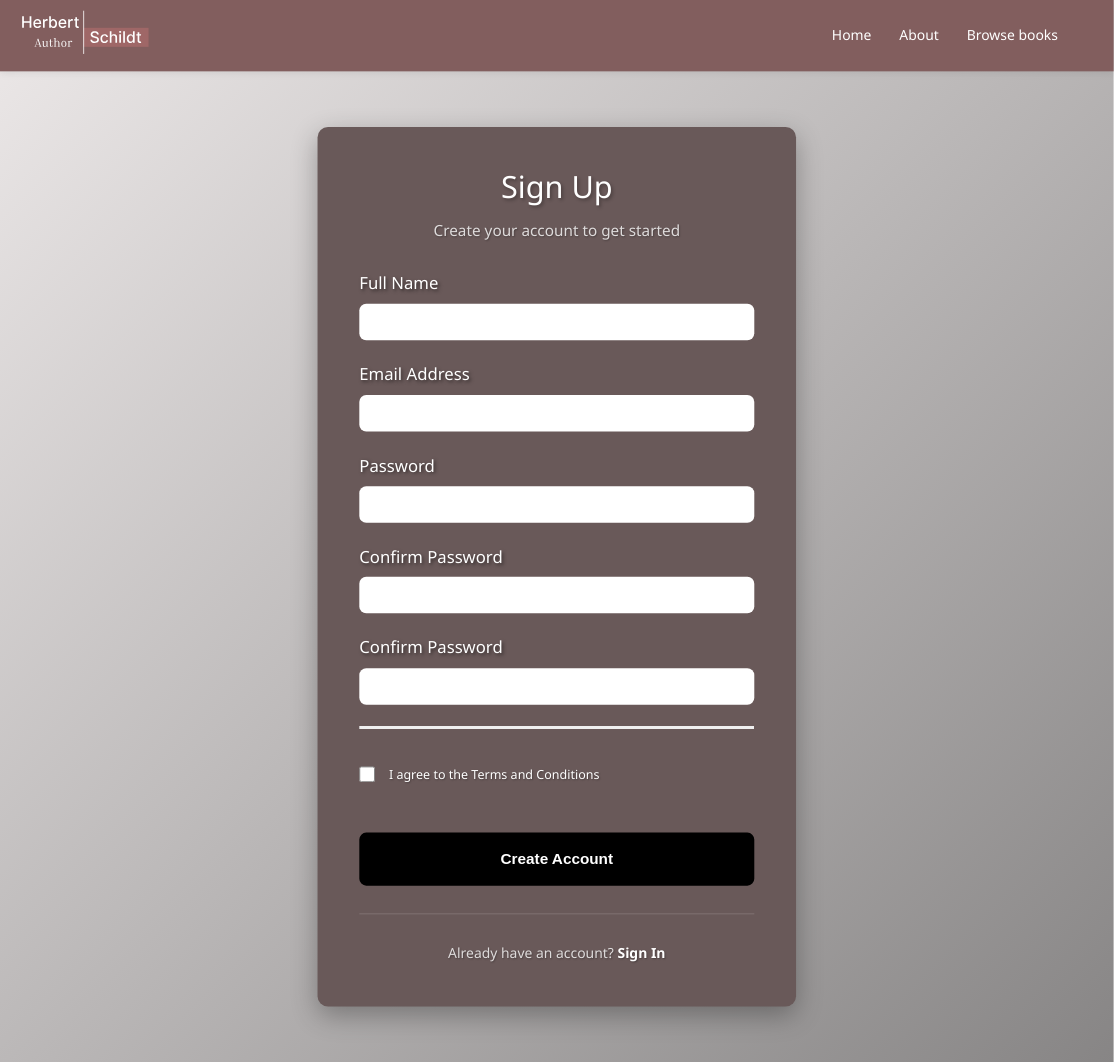
Repository: Darkrepo23/Author-Website-
Page: pages/signup.html
The author's editor kept a copy of each file at every save. The page is drawn from the files as they stood at one save, then again after the next save.
The browser window is 1280 px wide. The pictures show the whole page, at 87% of full size.

Above is the page before, as saved 2025-09-23 12:55:58.
Console error: SyntaxError: Unexpected token ':'

### pages/signup.html
<!DOCTYPE html>
<html lang="en">

<head>
    <meta charset="UTF-8">
    <meta name="viewport" content="width=device-width, initial-scale=1.0">
    <title>Sign Up - Herbert Schildt</title>
    <link rel="stylesheet" href="../css/styles.css">
    <link rel="stylesheet" href="../css/login.css">
    <link href="https://cdnjs.cloudflare.com/ajax/libs/font-awesome/6.0.0/css/all.min.css" rel="stylesheet">
</head>

<body>
    <!-- Header -->
    <header class="header">
        <div class="header-left">
            <div class="logo">
                <img src="../img/logo-white.svg" alt="Herbert Schildt Logo" class="logo-image">
            </div>
        </div>
        <nav class="nav">
            <a href="../index.html" class="nav-link">Home</a>
            <a href="About/about.html" class="nav-link">About</a>
            <a href="../browse-book.html" class="nav-link">Browse books</a>
        </nav>
    </header>

    <!-- Main Content -->
    <main class="main-content">
        <div class="login-container">
            <div class="login-card">
                <h2 class="login-title">Sign Up</h2>
                <p class="login-subtitle">Create your account to get started</p>

                <form class="login-form" id="signupForm">
                    <div class="form-group">
                        <label for="fullName">Full Name</label>
                        <input type="text" id="fullName" name="fullName" required>
                    </div>

                    <div class="form-group">
                        <label for="email">Email Address</label>
                        <input type="email" id="email" name="email" required>
                    </div>

                    <div class="form-group">
                        <label for="password">Password</label>
                        <input type="password" id="password" name="password" required>
                    </div>

                    <div class="form-group">
                        <label for="confirmPassword">Confirm Password</label>
                        <input type="password" id="confirmPassword" name="confirmPassword" required>
                    </div>

                    <div class="form-group">
                        <label for="OTP-confirmation">Confirm Password</label>
                        <input type="password" id="OTP-confirmation" name="confirmPassword" required>
                    </div>
                    <button></button>

                    <div class="form-options">
                        <label class="checkbox-label">
                            <input type="checkbox" id="agree" name="agree" required>
                            <span class="checkmark"></span>
                            I agree to the Terms and Conditions
                        </label>
                    </div>

                    <button type="submit" class="login-btn">Create Account</button>
                </form>

                <div class="signup-link">
                    <p>Already have an account? <a href="login.html">Sign In</a></p>
                </div>
            </div>
        </div>
    </main>

    <script src="../js/signup.js"></script>
    <script>
        // localStorage.removeItem('users')

    </script>
</body>

</html>

### css/styles.css
/* Reset and Base Styles */
* {
    margin: 0;
    padding: 0;
    box-sizing: border-box;
}

body {
    font-family: 'Segoe UI', Tahoma, Geneva, Verdana, sans-serif;
    line-height: 1.6;
    color: #333;
    background: linear-gradient(135deg, #EDE9E9, #878585);
}

/* Header Styles */
.header {
    background: #825E5E;
    color: white;
    padding: 1rem 2rem;
    display: flex;
    align-items: center;
    box-shadow: 0 2px 10px rgba(0,0,0,0.1);
}

.header-left .logo {
    display: flex;
    align-items: center;
    gap: 0.1rem;
    margin-left: -0.5rem;
    transform: translateY(-0.25rem);
}

.logo-image {
    height: 50px;
    width: auto;
    object-fit: contain;
}

.logo-left {
    display: flex;
    flex-direction: column;
    align-items: center;
}

.logo-left h1 {
    font-size: 1rem;
    font-weight: bold;
    margin: 0;
    transform: translateY(0.1rem);
}

.logo-left span {
    font-size: 0.6rem;
    opacity: 0.8;
    margin: 0;
    margin-left: 0;
    transform: translateY(0);
    text-align: center;
}

.logo-separator {
    font-size: 1.1rem;
    font-weight: 300;
    opacity: 0.7;
    margin: 0 0.1rem;
    transform: scaleY(2.5);
}

.logo-right h2 {
    font-size: 1rem;
    font-weight: bold;
    margin: 0;
    background: #B8860B;
    padding: 0.1rem 0.3rem;
    border-radius: 4px;
    transform: translateY(0.8rem);
}

.nav {
    display: flex;
    gap: 2rem;
    margin-left: auto;
    margin-right: 2rem;
}

.nav-link {
    color: white;
    text-decoration: none;
    font-weight: 500;
    transition: opacity 0.3s;
}

.nav-link:hover {
    opacity: 0.8;
}

.header-right {
    display: flex;
    align-items: center;
    gap: 2rem;
}

.cart-icon {
    position: relative;
    cursor: pointer;
    font-size: 1.5rem;
    transition: transform 0.3s;
}

.cart-icon:hover {
    transform: scale(1.1);
}

.cart-count {
    position: absolute;
    top: -8px;
    right: -8px;
    background: #dc3545;
    color: white;
    border-radius: 50%;
    width: 20px;
    height: 20px;
    display: flex;
    align-items: center;
    justify-content: center;
    font-size: 0.8rem;
    font-weight: bold;
}

.user-profile {
    display: flex;
    align-items: center;
    gap: 1rem;
}

.user-avatar {
    width: 40px;
    height: 40px;
    background: rgba(255,255,255,0.2);
    border-radius: 50%;
    display: flex;
    align-items: center;
    justify-content: center;
    font-size: 1.2rem;
}

.user-info {
    display: flex;
    flex-direction: column;
}

.user-name {
    font-weight: 600;
    font-size: 0.9rem;
}

.user-status {
    font-size: 0.8rem;
    opacity: 0.8;
}

/* Main Content Styles */
.main-content {
    max-width: 1200px;
    margin: 0 auto;
    padding: 2rem;
}

.section-title {
    font-size: 2.5rem;
    font-weight: bold;
    text-align: center;
    margin-bottom: 1rem;
    color: #2c3e50;
}

.section-description {
    text-align: center;
    font-size: 1.1rem;
    color: #666;
    margin-bottom: 2rem;
    max-width: 600px;
    margin-left: auto;
    margin-right: auto;
}

/* Browse Section */
.browse-section {
    text-align: center;
    margin-bottom: 4rem;
}

.search-container {
    display: flex;
    justify-content: center;
    gap: 0.5rem;
    max-width: 500px;
    margin: 0 auto;
}

.search-input {
    flex: 1;
    padding: 1rem;
    border: 2px solid #ddd;
    border-radius: 8px;
    font-size: 1rem;
    outline: none;
    transition: border-color 0.3s;
}

.search-input:focus {
    border-color: #8B4513;
}

.search-btn {
    background: #dc3545;
    color: white;
    border: none;
    padding: 1rem 1.5rem;
    border-radius: 8px;
    cursor: pointer;
    font-size: 1rem;
    transition: background-color 0.3s;
}

.search-btn:hover {
    background: #c82333;
}

/* Languages Section */
.languages-section {
    margin-bottom: 4rem;
}

.languages-section .section-title {
    font-size: 2rem;
    margin-bottom: 2rem;
}

.language-cards {
    display: flex;
    justify-content: center;
    gap: 2rem;
    max-width: 900px;
    margin: 0 auto;
    flex-wrap: wrap;
}

.language-card {
    background: #495057;
    color: white;
    padding: 2rem;
    border-radius: 12px;
    text-align: center;
    cursor: pointer;
    transition: transform 0.3s, box-shadow 0.3s;
}

.language-card:hover {
    transform: translateY(-5px);
    box-shadow: 0 10px 25px rgba(0,0,0,0.2);
}

.language-icon {
    font-size: 3rem;
    margin-bottom: 1rem;
    color: white;
    display: flex;
    align-items: center;
    justify-content: center;
}

.language-card h4 {
    font-size: 1.5rem;
    margin-bottom: 0.5rem;
}

.language-card p {
    opacity: 0.9;
    font-size: 1rem;
}

/* Featured Books Section */
.featured-section {
    margin-bottom: 4rem;
}

.featured-section .section-title {
    font-size: 2rem;
    margin-bottom: 2rem;
}

.books-grid {
    display: grid;
    grid-template-columns: repeat(auto-fit, minmax(350px, 1fr));
    gap: 2rem;
    margin-bottom: 2rem;
    justify-items: center;
    max-width: 1200px;
    margin-left: auto;
    margin-right: auto;
}

.book-card {
    background: white;
    border-radius: 12px;
    overflow: hidden;
    box-shadow: 0 5px 15px rgba(0,0,0,0.1);
    transition: transform 0.3s, box-shadow 0.3s;
    width: 100%;
    max-width: 350px;
    min-height: 500px;
    display: flex;
    flex-direction: column;
}

.book-card:hover {
    transform: translateY(-5px);
    box-shadow: 0 15px 30px rgba(0,0,0,0.15);
}

.book-cover {
    height: 200px;
    min-height: 200px;
    max-height: 200px;
    display: flex;
    align-items: center;
    justify-content: center;
    color: white;
    font-weight: bold;
    text-align: center;
    padding: 1rem;
    position: relative;
    flex-shrink: 0;
}

.book-cover.java {
    background: linear-gradient(135deg, #dc3545, #c82333);
}

.book-cover.c {
    background: linear-gradient(135deg, #fd7e14, #e55a00);
}

.book-cover.cpp {
    background: repeating-linear-gradient(
        45deg,
        #000,
        #000 10px,
        #fff 10px,
        #fff 20px
    );
    color: #000;
}

.book-cover.csharp {
    background: linear-gradient(135deg, #68217A, #512BD4);
}

.book-cover.python {
    background: linear-gradient(135deg, #3776AB, #FFD43B);
    color: #000;
}

.book-banner {
    position: absolute;
    top: 10px;
    right: 10px;
    background: #dc3545;
    color: white;
    padding: 0.25rem 0.5rem;
    border-radius: 4px;
    font-size: 0.8rem;
    font-weight: bold;
}

.book-info {
    padding: 1.5rem;
    flex: 1;
    display: flex;
    flex-direction: column;
    justify-content: space-between;
}

.book-title {
    font-size: 1.3rem;
    font-weight: bold;
    margin-bottom: 0.5rem;
    color: #2c3e50;
}

.book-description {
    color: #666;
    margin-bottom: 1rem;
    line-height: 1.5;
}

.book-rating {
    display: flex;
    align-items: center;
    gap: 0.5rem;
    margin-bottom: 1rem;
}

.stars {
    color: #ffc107;
}

.rating-score {
    font-weight: bold;
    color: #2c3e50;
}

.book-price {
    font-size: 1.5rem;
    font-weight: bold;
    color: #2c3e50;
    margin-bottom: 1rem;
}

.book-actions {
    display: flex;
    gap: 1rem;
    margin-top: auto;
}

.preview-btn {
    background: white;
    color: #2c3e50;
    border: 2px solid #ddd;
    padding: 0.75rem 1.5rem;
    border-radius: 8px;
    cursor: pointer;
    font-weight: 500;
    transition: all 0.3s;
    display: flex;
    align-items: center;
    gap: 0.5rem;
}

.preview-btn:hover {
    border-color: #8B4513;
    color: #8B4513;
}

.add-to-cart-btn {
    background: #dc3545;
    color: white;
    border: none;
    padding: 0.75rem 1.5rem;
    border-radius: 8px;
    cursor: pointer;
    font-weight: 500;
    transition: background-color 0.3s;
    display: flex;
    align-items: center;
    gap: 0.5rem;
    flex: 1;
}

.add-to-cart-btn:hover {
    background: #c82333;
}

.load-more-btn {
    background: #dc3545;
    color: white;
    border: none;
    padding: 1rem 2rem;
    border-radius: 8px;
    cursor: pointer;
    font-size: 1rem;
    font-weight: 500;
    transition: background-color 0.3s;
    display: block;
    margin: 0 auto;
}

.load-more-btn:hover {
    background: #c82333;
}

/* Footer Styles */
.footer {
    background: #495057;
    color: white;
    padding: 3rem 2rem 1rem;
}

.footer-content {
    max-width: 1200px;
    margin: 0 auto;
    display: grid;
    grid-template-columns: 1fr 1fr;
    gap: 3rem;
    margin-bottom: 2rem;
}

.footer-left h4,
.footer-right h4 {
    font-size: 1.5rem;
    margin-bottom: 1rem;
    color: #fff;
}

.footer-left p {
    margin-bottom: 1.5rem;
    line-height: 1.6;
    opacity: 0.9;
}

.social-icons {
    display: flex;
    gap: 1rem;
}

.social-icon {
    width: 40px;
    height: 40px;
    background: #000;
    border-radius: 50%;
    display: flex;
    align-items: center;
    justify-content: center;
    color: white;
    text-decoration: none;
    transition: background-color 0.3s;
}

.social-icon:hover {
    background: #dc3545;
}

.contact-info {
    display: flex;
    flex-direction: column;
    gap: 1rem;
}

.contact-item {
    display: flex;
    align-items: center;
    gap: 1rem;
}

.contact-item i {
    width: 20px;
    color: #dc3545;
}

.footer-bottom {
    text-align: center;
    padding-top: 2rem;
    border-top: 1px solid rgba(255,255,255,0.1);
    opacity: 0.8;
}

/* Modal Styles */
.cart-modal,
.preview-modal {
    display: none;
    position: fixed;
    top: 0;
    left: 0;
    width: 100%;
    height: 100%;
    background: rgba(0,0,0,0.5);
    z-index: 1000;
}

.cart-content,
.preview-content {
    position: absolute;
    top: 50%;
    left: 50%;
    transform: translate(-50%, -50%);
    background: white;
    padding: 2rem;
    border-radius: 12px;
    max-width: 500px;
    width: 90%;
    max-height: 80vh;
    overflow-y: auto;
}

.cart-header,
.preview-header {
    display: flex;
    justify-content: space-between;
    align-items: center;
    margin-bottom: 1.5rem;
    padding-bottom: 1rem;
    border-bottom: 1px solid #ddd;
}

.close-cart,
.close-preview {
    background: none;
    border: none;
    font-size: 1.5rem;
    cursor: pointer;
    color: #666;
}

.close-cart:hover,
.close-preview:hover {
    color: #dc3545;
}

.cart-items {
    margin-bottom: 1.5rem;
}

.cart-item {
    display: flex;
    justify-content: space-between;
    align-items: center;
    padding: 1rem 0;
    border-bottom: 1px solid #eee;
}

.cart-item-info h5 {
    margin-bottom: 0.25rem;
}

.cart-item-price {
    font-weight: bold;
    color: #dc3545;
}

.remove-item {
    background: #dc3545;
    color: white;
    border: none;
    padding: 0.5rem;
    border-radius: 4px;
    cursor: pointer;
    font-size: 0.8rem;
}

.cart-total {
    font-size: 1.2rem;
    font-weight: bold;
    text-align: right;
    margin-bottom: 1rem;
    padding-top: 1rem;
    border-top: 2px solid #ddd;
}

.checkout-btn {
    background: #28a745;
    color: white;
    border: none;
    padding: 1rem 2rem;
    border-radius: 8px;
    cursor: pointer;
    font-size: 1rem;
    font-weight: 500;
    width: 100%;
    transition: background-color 0.3s;
}

.checkout-btn:hover {
    background: #218838;
}

/* Responsive Design */
@media (max-width: 768px) {
    .header {
        flex-direction: column;
        gap: 1rem;
        padding: 1rem;
    }

    .header-right {
        gap: 1rem;
    }

    .main-content {
        padding: 1rem;
    }

    .section-title {
        font-size: 2rem;
    }

    .language-cards {
        flex-direction: column;
        align-items: center;
        gap: 1.5rem;
    }

    .books-grid {
        grid-template-columns: 1fr;
        justify-items: center;
    }

    .footer-content {
        grid-template-columns: 1fr;
        gap: 2rem;
    }

    .search-container {
        flex-direction: column;
    }

    .book-actions {
        flex-direction: column;
    }
}

@media (max-width: 480px) {
    .header {
        padding: 0.5rem;
    }

    .logo-left h1 {
        font-size: 1.2rem;
    }

    .logo-right h2 {
        font-size: 1.1rem;
    }

    .logo-separator {
        font-size: 1.5rem;
    }

    .main-content {
        padding: 0.5rem;
    }

    .section-title {
        font-size: 1.5rem;
    }

    .cart-content,
    .preview-content {
        width: 95%;
        padding: 1rem;
    }
}

### css/login.css
/* Login Page Styles */
.login-container {
    display: flex;
    justify-content: center;
    align-items: center;
    min-height: calc(100vh - 200px);
    padding: 2rem;
}

.login-card {
    background: #695959;
    color: white;
    padding: 2.5rem 3rem 3rem 3rem;
    border-radius: 12px;
    box-shadow: 0 10px 30px rgba(0, 0, 0, 0.3);
    width: 100%;
    max-width: 550px;
}

.login-title {
    font-size: 2.2rem;
    font-weight: 500;
    text-align: center;
    margin-bottom: 0.5rem;
    color: white;
    text-shadow: 2px 2px 4px rgba(0, 0, 0, 0.3);
}

.login-subtitle {
    text-align: center;
    color: rgba(255, 255, 255, 0.8);
    margin-bottom: 2rem;
    font-size: 1.1rem;
    text-shadow: 1px 1px 2px rgba(0, 0, 0, 0.3);
}

.login-form {
    display: flex;
    flex-direction: column;
    gap: 1.5rem;
}

.form-group {
    display: flex;
    flex-direction: column;
    gap: 0.5rem;
}

.form-group label {
    font-weight: 500;
    color: white;
    font-size: 1.2rem;
    text-shadow: 2px 2px 4px rgba(0, 0, 0, 0.5);
}

.form-group input {
    padding: 0.75rem;
    border: none;
    border-radius: 8px;
    font-size: 1rem;
    background: white;
    color: #333;
    transition: box-shadow 0.3s;
}

.form-group input:focus {
    outline: none;
    box-shadow: 0 0 0 3px rgba(139, 69, 19, 0.3);
}

.form-options {
    display: flex;
    justify-content: space-between;
    align-items: center;
    margin: 1rem 0;
    position: relative;
}

.checkbox-label {
    display: flex;
    align-items: center;
    gap: 0.5rem;
    cursor: pointer;
    color: white;
    font-size: 0.9rem;
    text-shadow: 1px 1px 2px rgba(0, 0, 0, 0.3);
}

.checkbox-label input[type="checkbox"] {
    width: 18px;
    height: 18px;
    margin: 0;
}

.forgot-link {
    color: #B3B3E8;
    text-decoration: none;
    font-size: 0.9rem;
    transition: color 0.3s;
    text-shadow: 1px 1px 2px rgba(0, 0, 0, 0.3);
}

.forgot-link:hover {
    color: #B3B3E8;
    text-decoration: underline;
}

.login-btn {
    background: #000000;
    color: white;
    border: 4px solid #000000;
    padding: 1rem 2rem;
    border-radius: 8px;
    font-size: 1.1rem;
    font-weight: 900;
    cursor: pointer;
    transition: all 0.3s;
    margin-top: 1rem;
}

.login-btn:hover {
    background: #333333;
}

.signup-link {
    text-align: center;
    margin-top: 2rem;
    padding-top: 2rem;
    border-top: 1px solid rgba(255, 255, 255, 0.2);
}

.signup-link p {
    color: rgba(255, 255, 255, 0.8);
    margin: 0;
    text-shadow: 1px 1px 2px rgba(0, 0, 0, 0.3);
}

.signup-link a {
    color: white;
    text-decoration: none;
    font-weight: 600;
    transition: color 0.3s;
    text-shadow: 1px 1px 2px rgba(0, 0, 0, 0.3);
}

.signup-link a:hover {
    color: white;
    text-decoration: underline;
}








/* Responsive Design */
@media (max-width: 768px) {
    .login-container {
        padding: 1rem;
    }

    .login-card {
        padding: 2rem;
    }

    .login-title {
        font-size: 2rem;
    }

    .form-options {
        flex-direction: column;
        gap: 1rem;
        align-items: flex-start;
    }
}

@media (max-width: 480px) {
    .login-card {
        padding: 1.5rem;
    }

    .login-title {
        font-size: 1.8rem;
    }

    .login-subtitle {
        font-size: 1rem;
    }
}

Loaded but not shown: js/signup.js (147 lines, source omitted)

After the next save:
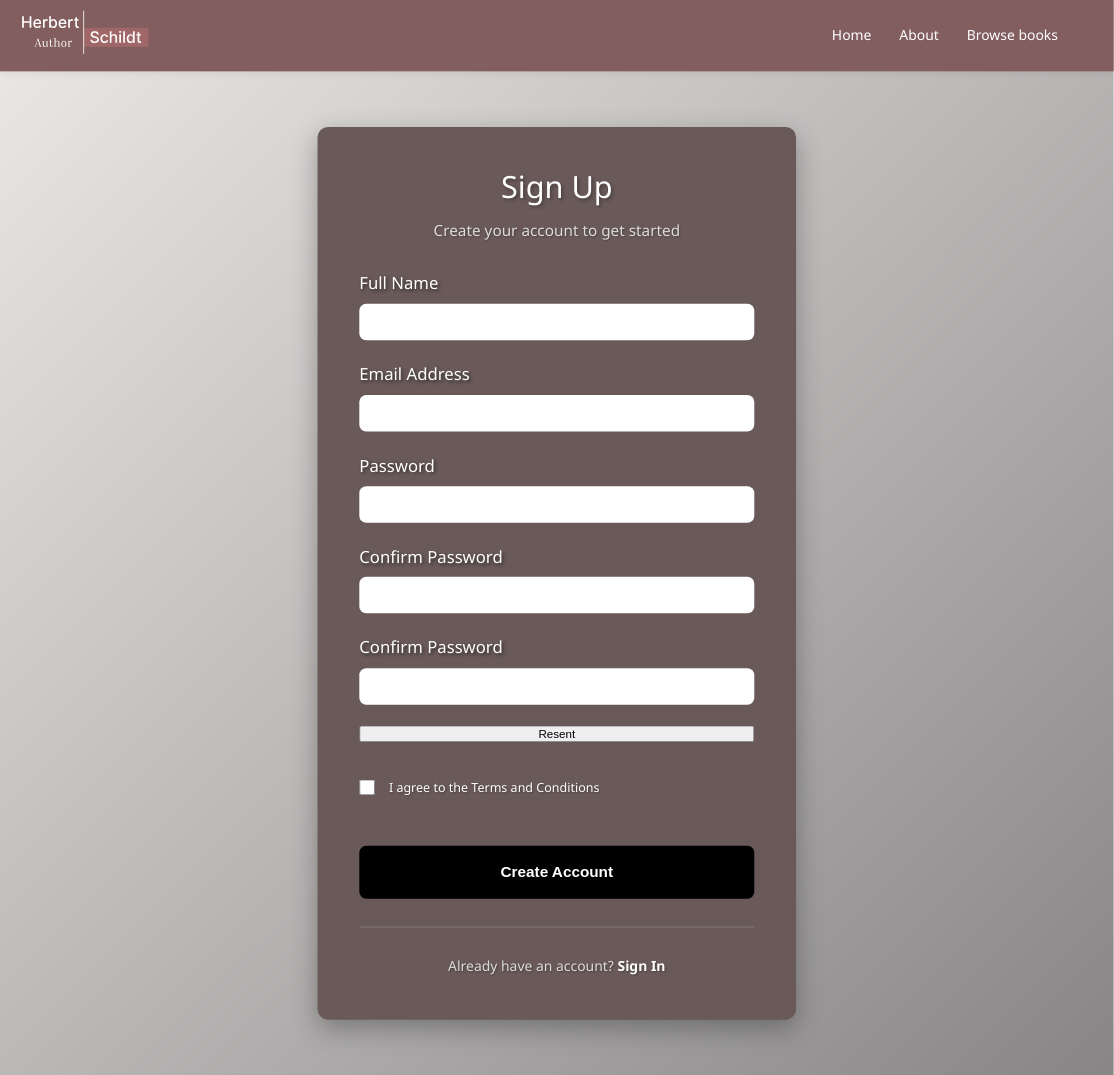
Saved 12 s later.
--- a/pages/signup.html
+++ b/pages/signup.html
@@ -57,7 +57,7 @@
                         <label for="OTP-confirmation">Confirm Password</label>
                         <input type="password" id="OTP-confirmation" name="confirmPassword" required>
                     </div>
-                    <button></button>
+                    <button id >Resent</button>
 
                     <div class="form-options">
                         <label class="checkbox-label">
